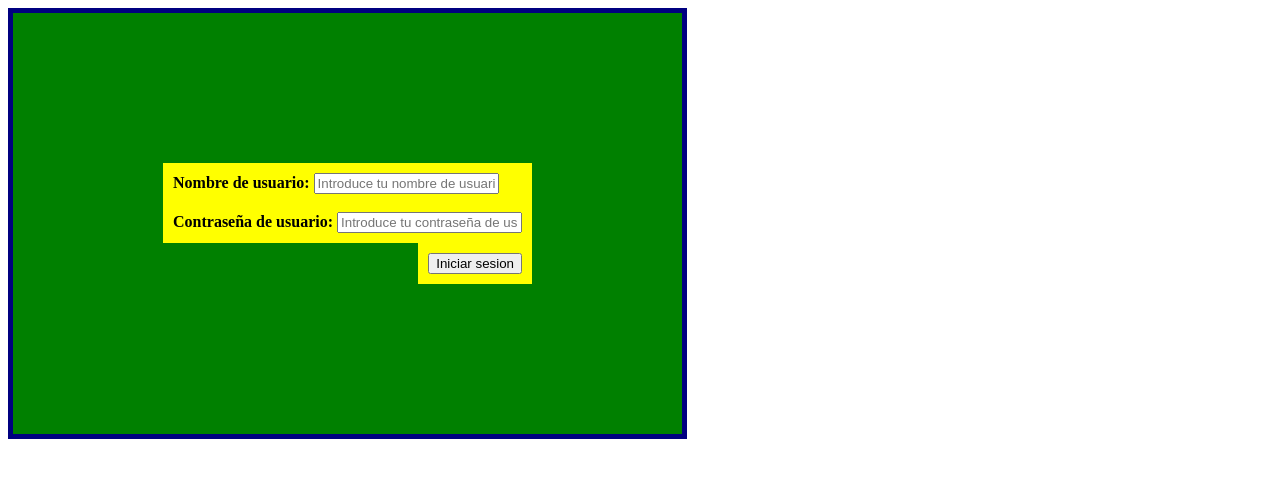
Repository: angegon/Developing-Applications-for-the-Java-EE-Platform
Page: javaee/21_validacion_servlet_jsp_mas_cookie_usuario/WebContent/login.html
The author's editor kept a copy of each file at every save. The page is drawn from the files as they stood at one save, then again after a run of saves.
The browser window is 1280 px wide. The pictures show the whole page.

Above is the page before, as saved 2016-12-21 16:02:42.

### javaee/21_validacion_servlet_jsp_mas_cookie_usuario/WebContent/login.html
<!DOCTYPE html>
<html>
<head>
<meta charset="ISO-8859-1">
<title>Insert title here</title>
</head>
<body>

<form action="comprobarPassword" method="post">
<div style="float:left; background-color: green; padding: 150px ; border: 5px solid navy">

	<div style="background-color: yellow; padding: 10px">
	<b>Nombre de usuario:</b> <input type="text" name="usuario" placeholder="Introduce tu nombre de usuario"/>
	</br></br>
	<b>Contraseña de usuario: </b><input type="password" name="password" placeholder="Introduce tu contraseña de usuario"/>
	</br>
	</div>

	<div style="float:right; padding: 10px; background-color: yellow;">
	<input type="submit" value="Iniciar sesion"/>
	</div>
</div>

</form>
</body>
</html>

After the next 2 saves:
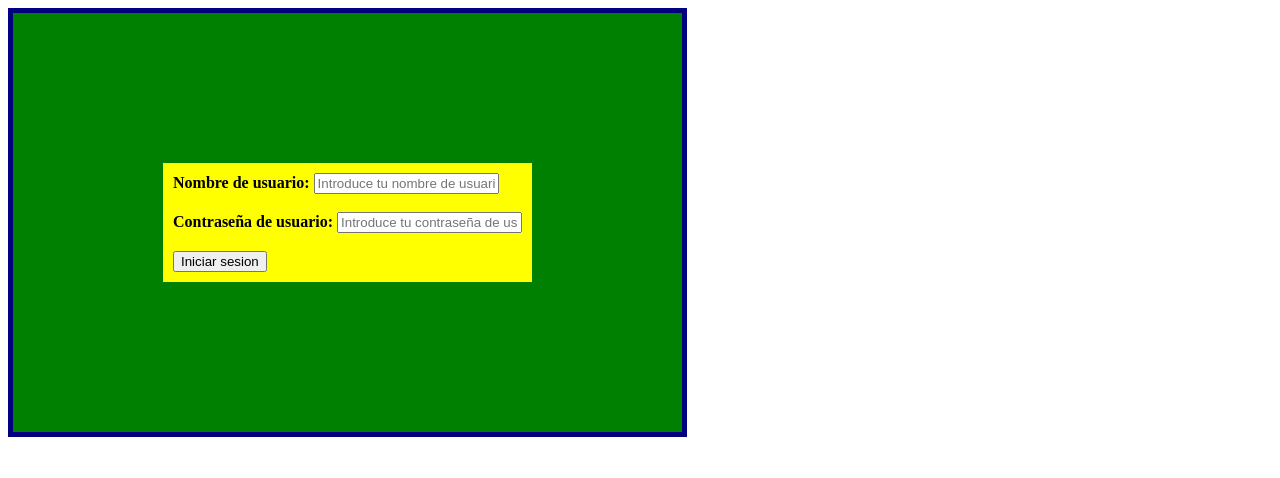
The 2 saves are shown as one change because they came seconds apart.
The last was saved 28 s later.
--- a/javaee/21_validacion_servlet_jsp_mas_cookie_usuario/WebContent/login.html
+++ b/javaee/21_validacion_servlet_jsp_mas_cookie_usuario/WebContent/login.html
@@ -13,10 +13,8 @@
 	<b>Nombre de usuario:</b> <input type="text" name="usuario" placeholder="Introduce tu nombre de usuario"/>
 	</br></br>
 	<b>Contraseña de usuario: </b><input type="password" name="password" placeholder="Introduce tu contraseña de usuario"/>
-	</br>
-	</div>
+	</br></br>
 
-	<div style="float:right; padding: 10px; background-color: yellow;">
 	<input type="submit" value="Iniciar sesion"/>
 	</div>
 </div>
